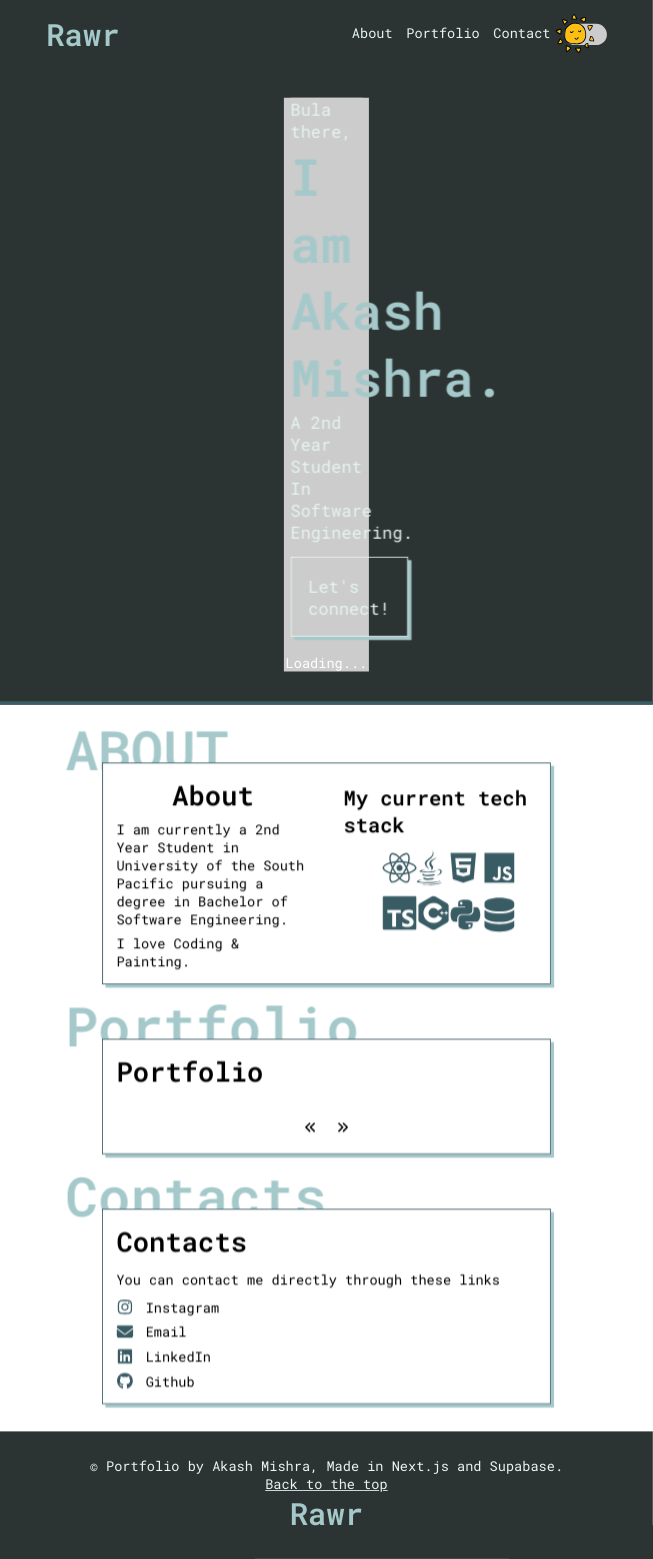
Repository: akashrawr/personal-portfolio
Page: /
An editor plug-in stored every save of this project. The page is shown before and after the next save, followed by the edit.
The browser window is 768 px wide. The pictures show the whole page, at 85% of full size.
The page's requests for data from a server got no answer. The project was rebuilt for these pictures with package versions that can differ from the ones it lists, and the page was loaded fresh each time. The framework's server and built-in components were replaced by stand-ins that run in the browser. No one was signed in, and anything a server would have sent is missing. Also part of the build but not shown: next.config.ts.

Above is the page before, as saved 2025-01-03 20:50:06.

### app/layout.tsx
import type { Metadata } from "next";
import { Geist, Geist_Mono } from "next/font/google";
import "./globals.css";

const geistSans = Geist({
  variable: "--font-geist-sans",
  subsets: ["latin"],
});

const geistMono = Geist_Mono({
  variable: "--font-geist-mono",
  subsets: ["latin"],
});

export const metadata: Metadata = {
  title: "akashrawr",
  description: "Personal Portfolio",
};

export default function RootLayout({
  children,
}: Readonly<{
  children: React.ReactNode;
}>) {
  return (
    <html lang="en" translate="no"> {/* Prevent translation of the entire page */}
      <head>
        <meta charSet="UTF-8" />
        <meta httpEquiv="Content-Language" content="en" /> {/* Explicitly set content language */}
        <meta name="google" content="notranslate" /> {/* Inform Google to not translate */}
        <link rel="icon" href="/rawr.ico" type="image/x-icon" />
        <title>akashrawr</title>
        <meta name="description" content="My Personal Portfolio" />
      </head>
      <body className={`${geistSans.variable} ${geistMono.variable} antialiased`}>
        <div className="notranslate">
          {children}
        </div>
      </body>
    </html>
  );
}

### app/page.tsx
"use client"; // Enables client-side functionality
import React, { useState, useEffect } from "react";
import AOS from "aos";
import "aos/dist/aos.css";
import "./globals.css"; // Import global styles

// Import components
import Header from "./components/Header";
import Hero from "./components/Hero";
import About from "./components/About";
import Portfolio from "./components/Portfolio";
import Contact from "./components/Contact";
import Footer from "./components/Footer";

const Page: React.FC = () => {
  useEffect(() => {
    AOS.init({ once: true, delay: 0 });
  }, []);

  const [isNavVisible, setIsNavVisible] = useState(false);
  const [darkMode, setDarkMode] = useState(false);

  const toggleNav = () => {
    setIsNavVisible(!isNavVisible);
  };

  const toggleDarkMode = () => {
    setDarkMode(!darkMode);
    document.body.classList.toggle("dark-mode", !darkMode);
  };

  return (
    <div>
      <Header
        isNavVisible={isNavVisible}
        toggleNav={toggleNav}
        darkMode={darkMode}
        toggleDarkMode={toggleDarkMode}
      />
      <main>
        <Hero />
        <About />
        <Portfolio />
        <Contact />
      </main>
      <Footer />
    </div>
  );
};

export default Page;

### app/globals.css
@import url("https://fonts.googleapis.com/css2?family=Roboto+Mono:wght@300;400;600&display=swap");

:root {
  --primary-color: #2c3333;
  --secondary-color: #395b64;
  --accent-1: #a5c9ca;
  --accent-2: #e7f6f2;
  --neutral-1: black;
  --neutral-2: white;
  --neutral-3: white;
  --neutral-4: black;
  --icon-1: #395b64;

  --dark-primary-color: #121212;
  --dark-secondary-color: #1f1f1f;
  --dark-accent-1: #6c757d;
  --dark-accent-2: #adb5bd;
  --dark-neutral-1: #ffffff;
  --dark-neutral-2: #121212;
  --dark-neutral-3:#1f1f1f;
  --dark-neutral-4: #938f8f;
  --dark-icon-1: #938f8f;

}

*,
*::after,
*::before {
  margin: 0;
  padding: 0;
  font-family: "Roboto Mono", monospace;
  box-sizing: border-box;


}

html {
  scroll-behavior: smooth;
}

body {
  overflow-x: hidden;
  background-color: var(--neutral-3);
  color: var(--neutral-1);
  font-family: "Roboto Mono", monospace;
}

body.dark-mode {
  --primary-color: var(--dark-primary-color);
  --secondary-color: var(--dark-secondary-color);
  --accent-1: var(--dark-accent-1);
  --accent-2: var(--dark-accent-2);
  --neutral-1: var(--dark-neutral-1);
  --neutral-2: var(--dark-neutral-2);
  --neutral-3: var(--dark-neutral-3);
  --neutral-4: var(--dark-neutral-4);
  --icon-1:var(--dark-icon-1);
}


/* Navbar styles */

header {
  display: flex;
  align-items: center;
  justify-content: center;

  max-width: 100vw;
  background-color: var(--primary-color);
}

a {
  font-size: 14px;
  text-decoration: none;
}

h1 {
  font-family: "Roboto Mono", monospace;
}

.navbar-nav {
  display: flex;
  align-items: center;
  justify-content: space-between;
  background-color: var(--primary-color);
  padding: 1rem;
  width: 90%;
}

.nav-logo {
  grid-column: 1;
}

.nav-logo > h1 {
  font-size: 30px;
  color: var(--accent-1);
}

.primary-nav {
  display: flex;
  list-style: none;
  gap: 16px;

  grid-column: 2;
  justify-self: end;
}

.mobile-nav-toggle {
  display: none;
  cursor: pointer;
}

.nav-link:link,
.nav-link:visited {
  font-size: 16px;
  color: var(--accent-2);

  transition: 300ms ease-in-out;
}

.nav-link:hover {
  font-weight: 600;
  color: var(--accent-1);
}

.user-icon {
  width: 24px;
  height: 24px;
  fill: var(--accent-1);
  transition: fill 0.3s ease;
}

.user-icon:hover {
  fill: var(--accent-1);
}

/* Dark mode toggle button */
.theme-toggle {
  background: none;
  border: none;
  cursor: pointer;
  padding: 8px;
  display: flex;
  align-items: center;
}

.nav-icons {
  --size: 30px;
  width: var(--size);
  aspect-ratio: 1;
  cursor: pointer;
}



@media only screen and (max-width: 35em) {
  .primary-nav {
    position: fixed;
    top: 0;
    right: 0;
    bottom: 0;
    width: 125px;

    flex-direction: column;
    padding: min(15vh, 3rem) 1rem;
    background-color: var(--primary-color);
    border-left: 2px solid rgb(111, 111, 111); /* Add this line for the left border */

    z-index: 9999;

    transform: translateX(100%);
    transition: transform 350ms ease-out;
  }


  .nav-link:link,
  .nav-link:visited {
    font-size: 15px;
    color: var(--accent-1);
  }

  .primary-nav[data-visible="true"] {
    transform: translateX(0%);
  }

  .mobile-nav-toggle[aria-expanded="true"] {
    background: url('data:[embedded picture, 416 characters]') center center no-repeat;
  }

  .mobile-nav-toggle {
    display: block;
    position: absolute;
    background: url('data:[embedded picture, 417 characters]') center center no-repeat;

    width: 1.25rem;
    aspect-ratio: 1;

    border: none;

    top: 1.4rem;
    right: 2.5rem;
    z-index: 10000;

    transition: 250ms ease-in-out;
  }
}

/* Section styles */

section {
  display: flex;
  align-items: center;
  justify-content: center;

  max-width: 100vw;
  position: relative;
}

/* HERO SECTION */
#hero {
  background-color: var(--primary-color);
  border-bottom: 4px solid var(--icon-1);
  padding: 2.2rem;
}

/* Main container for text and image */
.hero-main-container {
  display: flex;
  flex-wrap: wrap;
  align-items: center;
  justify-content: space-between;
  gap: 16px;
}

/* Text Container */
.hero-container {
  flex: 1;
  display: flex;
  flex-direction: column;
  gap: 16px;
  padding: 2.2rem;
  width: 90%;
  height: 350px;
  animation: fade-in 500ms linear forwards;
}

.hero-text-container > h2 {
  font-size: 28px;
  color: var(--accent-1);
}

.hero-text-container > p {
  font-size: 12px;
  color: var(--accent-2);
}

.hero-button {
  align-self: flex-start;

  font-size: 14px;
  padding: 1em;

  color: var(--accent-2);
  background-color: transparent;

  border: 1px solid var(--accent-2);
  box-shadow: 4px 4px 0px var(--accent-1);

  transition: 300ms ease-in-out;
}

.hero-button:hover {
  background-color: var(--accent-2);
  color: var(--primary-color);
  box-shadow: 6px 6px 0px var(--secondary-color);
}

/* Image Container */
.hero-img {
  flex: 1;
  display: flex;
  justify-content: center;
  align-items: center;
}

.hero-image {
  max-width: 50%;
  height: auto;
  border-radius: 10px;
  box-shadow: 0 4px 8px rgba(0, 0, 0, 0.1);
  border: 1px solid var(--secondary-color);
  background-color: var(--neutral-2);
  box-shadow: 4px 4px 0px var(--accent-1);
}

.hero-img p{
color:white;
}


/* Responsive Styles */
@media screen and (max-width: 768px) {
  .hero-main-container {
    flex-direction: column;
    background-color:#ccc;
    padding: 0;
    width: 100px;
    gap: 0;
    margin: 0 auto; /* Optional: Center the container */
  }
  .hero-img {
    margin-top: 20px;
  }
  .hero-container, .hero-image {
    max-width: 85%;
    height: auto;
    padding: 0;
    margin: 0 auto;
  }
  .hero-text-container {
    text-align: left;
    background-color:#ccc;
    padding: 0;
    width: 100%;
    gap: 0;
    margin: 0 auto;
  }


}
.hero-text-container > h2 {
  font-size: 28px;
  color: var(--accent-1);
}
.hero-text-container > p {
  font-size: 12px;
}
.project-card > h3 {
  font-size: 12px;
  color: var(--secondary-color);
}

/* ABOUT */

#about {
  padding: 2rem;
  margin-top: 36px;
  animation: fade-in 500ms linear forwards;

}

.wave-asset {
  width: 100%;
  position: absolute;

  top: 0;
  left: 0;
}

.about-container {
  display: flex;
  align-items: center;
  justify-content: center;
  background-color: var(--neutral-2);
  width: 90%;
  z-index: 999;
}

.about-card,
.portfolio-card,
.contact-card {
  display: flex;
  flex-direction: column;
  gap: 16px;
  border: 1px solid var(--secondary-color);
  background-color: var(--neutral-2);

  width: 100%;
  padding: 1rem;

  box-shadow: 4px 4px 0px var(--accent-1);
}

.about-content,
.portfolio-content {
  width: 100%;
  display: flex;
  flex-direction: column;
  gap: 8px;
}

.about-content > h2,
.about-content > h3 {
  color: var(--neutral-4);
}

.about-content > p {
  font-size: 12px;
  color: var(--neutral-4);
}

.tech-stack-grid {
  width: 65%;
  display: grid;
  grid-template-columns: repeat(4, 1fr);
  place-items: center;
}

.tech-stack {
  --size: 30px;
  width: var(--size);
  aspect-ratio: 1;
}

/* Portfolio container */

#portfolio {
  padding: 2rem;
  animation: fade-in 500ms linear forwards;
}

.portfolio-container {
  width: 90%;
  z-index: 999;
}

.project-container {
  display: grid;
  grid-template-columns: repeat(2, 1fr);
  gap: 16px;
}

.portfolio-content > h2 {
  color: var(--neutral-4);
}

.project-card {
  display: flex;
  flex-direction: column;
  gap: 4px;

  padding: 1rem;
  border-radius: 8px;
  border: 1px solid var(--accent-1);
}

.project-card > h3 {
  color: var(--neutral-4);
}

.project-card > h5 {
  color: var(--neutral-4);
  opacity: 0.5;
}

.project-card > p {
  font-size: 12px;
  width: 100%;
  display: -webkit-box;
  -webkit-box-orient: vertical;
  -webkit-line-clamp: 3;
  overflow: hidden;
  color: var(--neutral-4);
}

.project-img {
  width: 100%;
  aspect-ratio: 16/9;
}

.project-card-links {
  align-self: flex-end;

  margin-top: 10px;
  display: flex;
  align-items: center;
  gap: 12px;
}

.project-icons {
  --size: 20px;
  width: var(--size);
  aspect-ratio: 1;
}

.project-card-links > a {
  display: flex;
  align-items: center;
  color: var(--neutral-4);
  font-size: 10px;
  gap: 4px;
}

.project-card-links > a:link,
.project-card-links > a:visited {

  color: var(--neutral-4);
}

.project-card-links > a:hover {
  font-weight: 600;
  color: var(--accent-1);
}

/* CONTACT */
#contact {
  padding: 2rem;
  animation: fade-in 500ms linear forwards;
}

.contact-container {
  width: 90%;
  z-index: 999;
}

.contact-card {
  width: 100%;
  gap: 12px;
}
.contact-card > h2 {
    color: var(--neutral-4);
}

.contact-card > p {
  font-size: 12px;
  color: var(--neutral-4);
}

.contact-links {
  display: flex;
  flex-direction: column;
  gap: 8px;
}

.contact-links > a {
  display: flex;
  align-items: center;
  gap: 8px;
}

.contact-links > a:link,
.contact-links > a:visited {
  color: var(--neutral-4);
}

.contact-links > a:hover {
  font-weight: 600;
  color: var(--accent-1);
}
.contact-icons {
  --size: 20px;
  width: var(--size);
  aspect-ratio: 1;
}

/* extras */
.section-highlight {
  font-size: 4rem;
  font-weight: 600;
  opacity: 0.5;
  color: var(--accent-1);

  position: absolute;
  top: 0;
  left: 100px;
}

/* footer */
footer {
  display: flex;
  align-items: center;
  justify-content: center;
  color: var(--accent-2);
  max-width: 100vw;
  background-color: var(--primary-color);
  min-height: 150px;
}

.footer-content {
  text-align: center;
  font-size: 12px;
  width: 90%;

  color: var(--accent-2);
}

.footer-content > p {
  text-decoration: underline;
}

.footer-content > a {
  text-decoration: underline;
}

.footer-content > a:link,
.footer-content > a:visited {
  color: var(--accent-2);
}

.footer-content > a:hover {
  color: var(--accent-1);
}
/* media queries */

@media only screen and (max-width: 35em) {
  .hero-container {
    padding: 1rem;
    height: 200px;
  }
  .project-container {
    grid-template-columns: 1fr;
  }
  .tech-stack-grid {
    width: 100%;
  }
  .section-highlight {
    font-size: 3.5rem;
    top: -16px;
    left: 6vw;
  }
}

@media only screen and (min-width: 35em) {
  .hero-container {
    height: 250px;
  }
  .about-container,
  .portfolio-container,
  .contact-container {
    width: 75%;
  }

  .about-card,
  .portfolio-card {
    align-items: center;
    justify-content: center;
    flex-direction: row;
    gap: 20px;
  }

  .section-highlight {
    top: -26px;
    left: 10vw;
  }
}

@media only screen and (min-width: 768px) {
  .nav-logo > h1 {
    font-size: 36px;
  }

  /* hero */
  .hero-container {
    height: 350px;
  }

  .hero-text-container > p {
    font-size: 20px;
  }

  .hero-text-container > h2 {
    font-size: 60px;
  }

  .hero-button {
    font-size: 20px;
  }

  /* about */
  .about-card {
    gap: 40px;
  }

  .about-content > h2 {
    font-size: 32px;
  }

  .about-content > h3 {
    font-size: 24px;
  }

  .about-content > p {
    font-size: 16px;
  }

  .tech-stack-section {
    align-self: flex-start;
    margin-top: 8px;
  }

  .tech-stack {
    --size: 40px;
    width: var(--size);
    aspect-ratio: 1;
  }

  /* portfolio */
  .portfolio-content > h2 {
    font-size: 32px;
  }

  .project-card > h3 {
    font-size: 24px;
  }

  .project-card > h5,
  .project-card > p {
    font-size: 16px;
  }

  .project-card-links > a {
    font-size: 16px;
  }

  /* contacts */
  .contact-card > h2 {
    font-size: 32px;
  }

  .contact-card > p {
    font-size: 16px;
  }

  .contact-links > a {
    font-size: 16px;
  }
  .footer-content,
  .footer-content > a {
    font-size: 16px;
  }
}

@media only screen and (min-width: 1024px) {
  .section-highlight {
    top: -26px;
    left: 10vw;
  }
}

@keyframes fade-in {
  0% {
    opacity: 0;
  }
  100% {
    opacity: 1;
  }
}

/* Adjust specific sections as needed for React-specific behaviors */
.primary-nav.visible {
  transform: translateX(0%);
}

/* The switch - the box around the slider */
.switch {
  position: relative;
  display: inline-block;
  width: 50px;
  height: 25px;
}

/* Hide default HTML checkbox */
.switch input {
  opacity: 0;
  width: 0;
  height: 0;
}

/* The slider */
.slider {
  position: absolute;
  cursor: pointer;
  top: 0;
  left: 0;
  right: 0;
  bottom: 0;
  background-color: #ccc;
  -webkit-transition: .4s;
  transition: .4s;
  border-radius: 25px; /* Rounded edges for the slider */
  display: flex;

  align-items: center;
}

/* Adjust the icon size to 48x48 pixels */
.slider .icon {
  position: absolute;
  width: 48px;
  height: 48px;
  transition: .4s;
}

/* When the input is checked (dark mode is on) */
input:checked + .slider {
  background-color: #3e4346; /* Change background color on check */
}

input:focus + .slider {
  box-shadow: 0 0 1px #2196F3;
}

/* Move the icons when the input is checked (dark mode) */
input:checked + .slider .icon {
  transform: translateX(20px); /* Move the icon to the right */
}

/* Default state (light mode) */
input:not(:checked) + .slider .icon {
  transform: translateX(-15px) translateY(-2px); /* Icon remains in the default position */
  width: 52px; /* Further reduced icon size for very small screens */
  height: 52px; /* Further reduced icon size for very small screens */
}

.about-icon {
  color: var(--icon-1); /* Change to any shade of blue you prefer */
  font-size: 3rem; /* Adjust size as needed */
  margin: 0.5rem;
}

.project-icons {
  margin-right: 0.5rem; /* Space between icon and text */
  font-size: 1.5rem; /* Adjust icon size */
  color: inherit; /* Match the color of the link */
}

.contact-icons {
  margin-right: 0.5rem; /* Space between icon and text */
  font-size: 1.5rem; /* Adjust icon size */
  color: var(--icon-1);
}

/* Responsive Adjustments */
@media (max-width: 768px) {
  .about-icon {
    font-size: 2.5rem; /* Slightly smaller on smaller devices */
    margin: 0.4rem;
  }

  .project-icons {
    font-size: 1.2rem; /* Smaller icon size on smaller screens */
    margin-right: 0.4rem;
  }

  .contact-icons {
    font-size: 1.2rem; /* Smaller icon size on smaller screens */
    margin-right: 0.4rem;
  }
}

@media (max-width: 480px) {
  .about-icon {
    font-size: 2rem; /* Even smaller on very small devices */
    margin: 0.3rem;
  }

  .project-icons {
    font-size: 1rem; /* Further reduced icon size for very small screens */
    margin-right: 0.3rem;
  }

  .contact-icons {
    font-size: 1rem; /* Further reduced icon size for very small screens */
    margin-right: 0.3rem;
  }
}

.pagination {
  display: flex;
  justify-content: center;
  align-items: center;
  margin-top: 1rem;
}

.pagination a {
  color: var(--neutral-4);
  padding: 8px 16px;
  text-decoration: none;
}

.pagination a.active {
  background-color: #395b64;
  color: white;
}

.pagination a:disabled {
  color: grey;
  pointer-events: none;
}

/* Responsive Adjustments */
@media (max-width: 768px) {
  .pagination a {
    padding: 6px 12px; /* Smaller padding for smaller screens */
    font-size: 0.9rem; /* Slightly smaller font size */
  }

  .pagination {
    margin-top: 0.75rem; /* Adjust margin top for smaller screens */
  }
}

@media (max-width: 480px) {
  .pagination a {
    padding: 4px 8px; /* Even smaller padding for very small screens */
    font-size: 0.8rem; /* Smaller font size for very small screens */
  }

  .pagination {
    margin-top: 0.5rem; /* Adjust margin top for very small screens */
  }
}

### app/components/Hero.tsx
import React, { useEffect, useState } from 'react';
import supabase from '../utils/supabaseClient';  // Adjust path if in 'utils'
import Image from 'next/image';  // Import Image from next/image

function Hero() {
  const [heroImage, setHeroImage] = useState<string | null>(null);

  useEffect(() => {
    const fetchHeroImage = async () => {
      const { data, error } = await supabase
        .from('hero')  // Table name is 'hero'
        .select('image_path')        // Only selecting 'image_path' column
        .limit(1);                   // Limiting to only one result (first row)

      if (error) {
        console.error('Error fetching hero image:', error);
      } else {
        setHeroImage(data?.[0]?.image_path || null);
      }
    };

    fetchHeroImage();
  }, [supabase]); // Including 'supabase' as a dependency

  return (
    <section id="hero">
      <div className="hero-main-container">
        {/* Text and Button Container */}
        <div className="hero-container">
          <div className="hero-text-container" data-aos="fade-up">
            <p>Bula there,</p>
            <h2>I am Akash Mishra.</h2>
            <p>A 2nd Year Student In Software Engineering.</p>
          </div>
          <a href="#contact" className="hero-button" data-aos="fade-up">
            Let&apos;s connect!
          </a>
        </div>

        {/* Image Container */}
        <div className="hero-img" data-aos="fade-up">
          {heroImage ? (
            <Image
              className="hero-image"
              src={heroImage}
              alt="Akash"
              layout="responsive"
              width={500}
              height={500}
            />
          ) : (
            <p>Loading...</p>
          )}
        </div>
      </div>
    </section>
  );
}

export default Hero;

### app/components/About.tsx
import React from "react";
import { FontAwesomeIcon } from "@fortawesome/react-fontawesome";
import { faReact, faJava, faHtml5, faJs, faPython } from "@fortawesome/free-brands-svg-icons";
import { SiTypescript, SiCplusplus } from "react-icons/si";
import { faDatabase } from "@fortawesome/free-solid-svg-icons";

const About: React.FC = () => {
  return (
    <section id="about">
      <div className="section-highlight" data-aos="fade-up">
        ABOUT
      </div>
      <div className="about-container" data-aos="fade-up">
        <div className="about-card">
          <section className="about-content">
            <h2>About</h2>
            <p>
              I am currently a 2nd Year Student in University of the South Pacific pursuing a
              degree in Bachelor of Software Engineering.
            </p>
            <p>I love Coding & Painting.</p>
          </section>

          <section className="about-content tech-stack-section">
            <h3>My current tech stack</h3>
            <div className="tech-stack-grid">
              <div className="tech-stack">
                <FontAwesomeIcon icon={faReact} className="about-icon" />
              </div>
              <div className="tech-stack">
                <FontAwesomeIcon icon={faJava} className="about-icon" />
              </div>
              <div className="tech-stack">
                <FontAwesomeIcon icon={faHtml5} className="about-icon" />
              </div>
              <div className="tech-stack">
                <FontAwesomeIcon icon={faJs} className="about-icon" />
              </div>
              <div className="tech-stack">
                <SiTypescript className="about-icon ts-icon" />
              </div>
              <div className="tech-stack">
                <SiCplusplus className="about-icon cpp-icon" />
              </div>
              <div className="tech-stack">
                <FontAwesomeIcon icon={faPython} className="about-icon" />
              </div>
              <div className="tech-stack">
                <FontAwesomeIcon icon={faDatabase} className="about-icon" />
              </div>
            </div>
          </section>
        </div>
      </div>
    </section>
  );
};

export default About;

### app/components/Contact.tsx
import React from "react";
import { FontAwesomeIcon } from "@fortawesome/react-fontawesome";
import { faInstagram, faGithub, faLinkedin } from "@fortawesome/free-brands-svg-icons";
import { faEnvelope } from "@fortawesome/free-solid-svg-icons";

const Contact: React.FC = () => {
  return (
    <section id="contact">
      <h2 className="section-highlight" data-aos="fade-up">
        Contacts
      </h2>
      <div className="contact-container" data-aos="fade-up">
        <div className="contact-card">
          <h2>Contacts</h2>
          <p>You can contact me directly through these links</p>

          <div className="contact-links">
            <a href="https://www.instagram.com/_acnologxa" className="contact-link">
              <FontAwesomeIcon icon={faInstagram} className="contact-icons" />
              Instagram
            </a>

            <a href="mailto:akashkm553@gmail.com" className="contact-link">
              <FontAwesomeIcon icon={faEnvelope} className="contact-icons" />
              Email
            </a>

            <a href="https://www.linkedin.com/in/akashmishra-rawr" className="contact-link">
              <FontAwesomeIcon icon={faLinkedin} className="contact-icons" />
              LinkedIn
            </a>

            <a href="https://github.com/akashrawr" className="contact-link">
              <FontAwesomeIcon icon={faGithub} className="contact-icons" />
              Github
            </a>
          </div>
        </div>
      </div>
    </section>
  );
};

export default Contact;

### app/components/Footer.tsx
import React from 'react';

const Footer: React.FC = () => {
  return (
    <footer>
      <div className="footer-content">
        © Portfolio by Akash Mishra, Made in Next.js and Supabase. <br />
        <a href="#hero">Back to the top</a>
        <div className="nav-logo">
          <h1>Rawr</h1>
        </div>
      </div>
    </footer>
  );
};

export default Footer;

### app/utils/supabaseClient.ts
import { createClient } from '@supabase/supabase-js';

// Fetch environment variables
const supabaseUrl = process.env.NEXT_PUBLIC_SUPABASE_URL || '';
const supabaseKey = process.env.NEXT_PUBLIC_SUPABASE_KEY || '';

// Initialize the Supabase client
const supabase = createClient(supabaseUrl, supabaseKey);

export default supabase;

Loaded but not shown: app/components/Header.tsx (89 lines, source omitted); app/components/Portfolio.tsx (139 lines, source omitted)

After the next save:
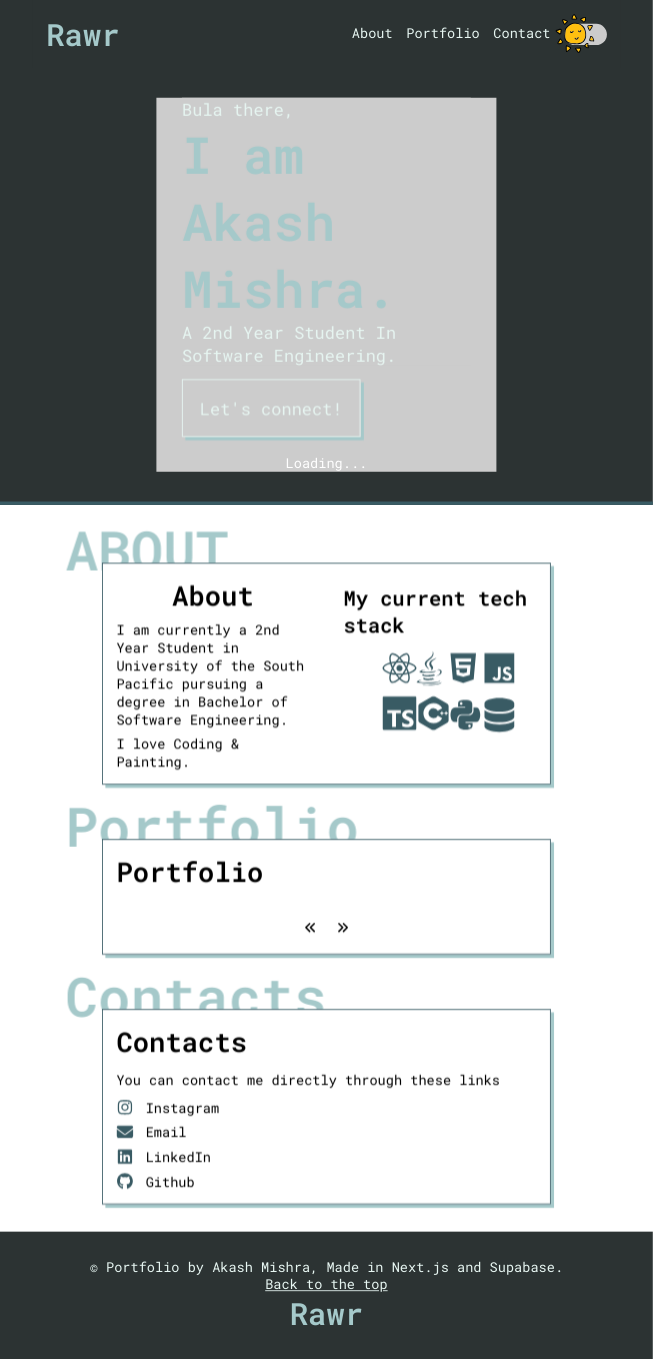
Saved 8 s later.
--- a/app/globals.css
+++ b/app/globals.css
@@ -304,7 +304,7 @@ color:white;
     flex-direction: column;
     background-color:#ccc;
     padding: 0;
-    width: 100px;
+    width: 400px;
     gap: 0;
     margin: 0 auto; /* Optional: Center the container */
   }
